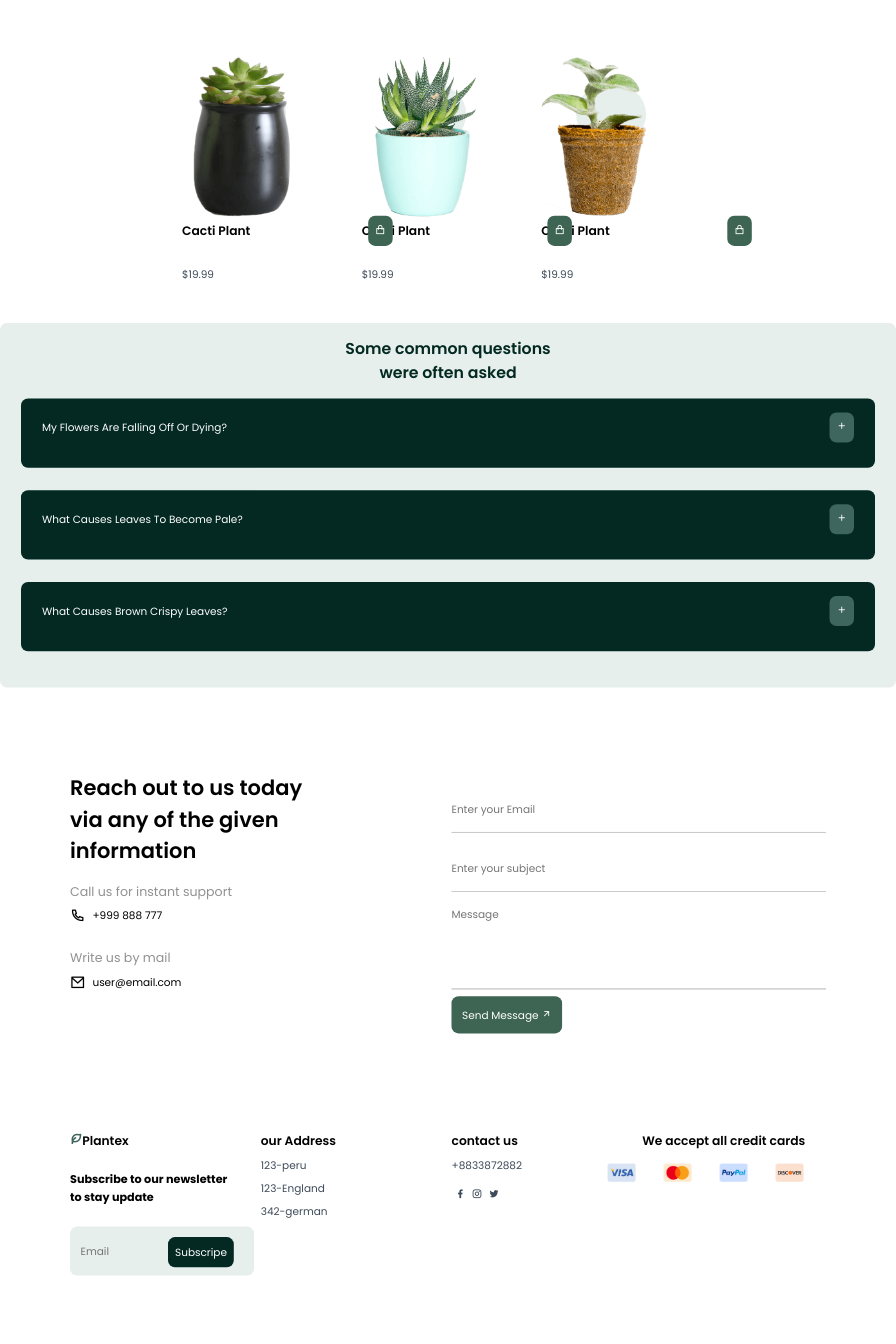
Repository: OmniaRafat232111121/plantwebsite
Page: index.html
The author's editor kept a copy of each file at every save. The page is drawn from the files as they stood at one save, then again after a run of saves.
The browser window is 1280 px wide. The pictures show the part of the page from y = 2356 to 4276 px (the page is 4276 px tall), at 70% of full size.

Above is the page before, as saved 2023-01-05 17:15:07.

After the next 2 saves:
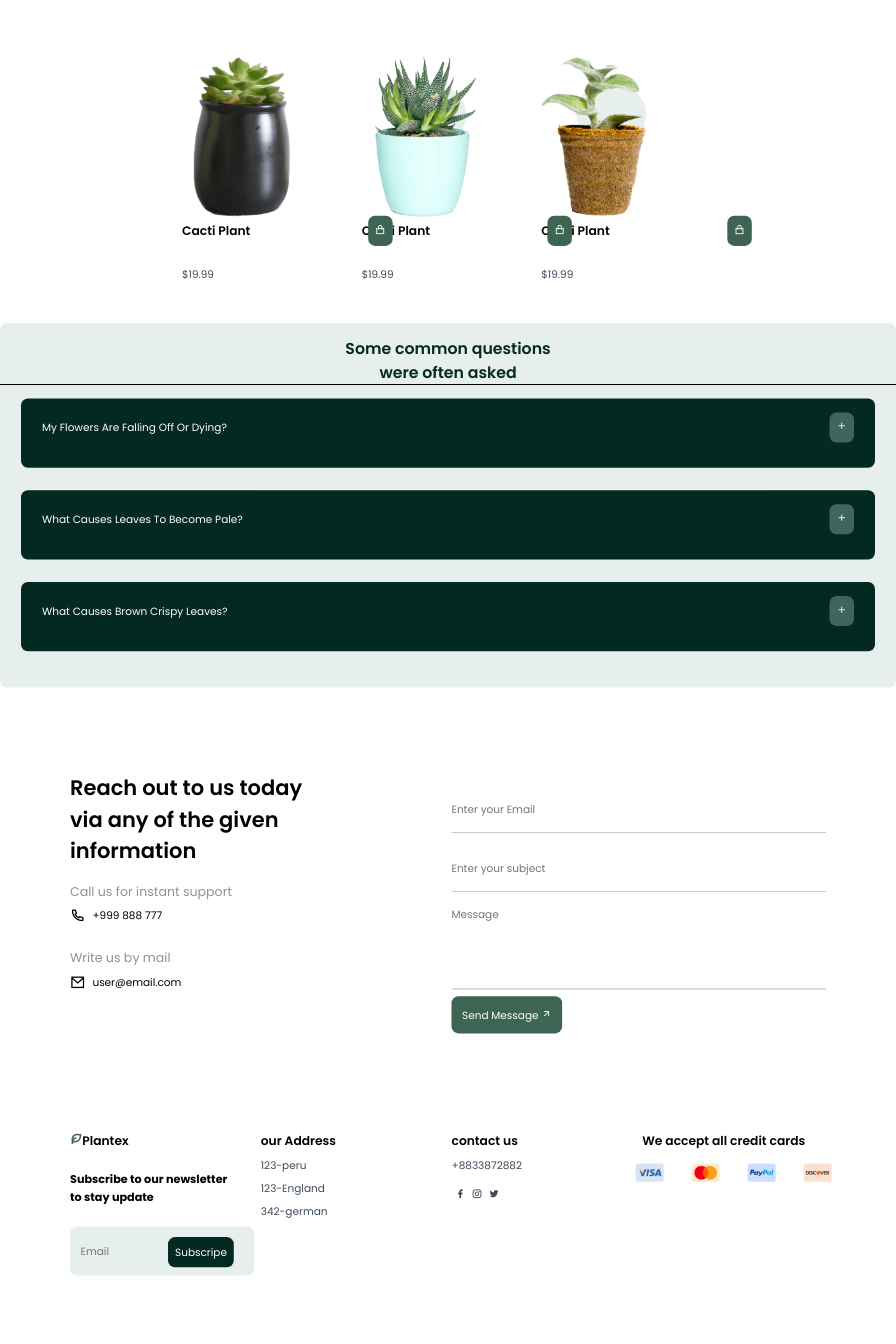
The 2 saves are shown as one change because they came seconds apart.
The last was saved 10 s later.
--- a/assets/css/styles.css
+++ b/assets/css/styles.css
@@ -774,7 +774,7 @@ margin-top: 40px;
 }
 .box-images{
   display: block;
-  margin-left: -10px;
+  margin-left: 30px;
 }
 .box-images img{
   margin-left: -40px;
